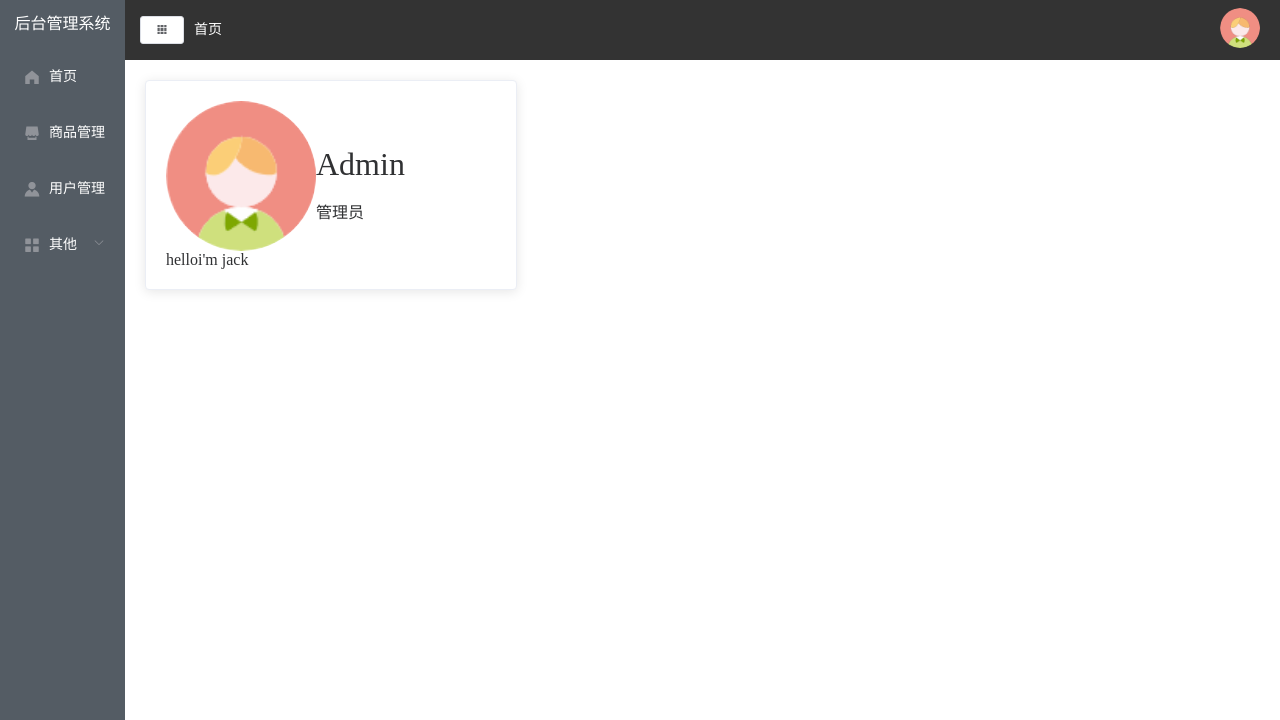
Repository: tkqi/manage
Page: /
An editor plug-in stored every save of this project. The page is shown before and after the next save, followed by the edit.
The browser window is 1280 px wide. The pictures show the whole page.
The project was rebuilt for these pictures with package versions that can differ from the ones it lists, and the page was loaded fresh each time. Also part of the build but not shown: vue.config.js.

Above is the page before, as saved 2023-12-03 15:42:49.

After the next save:
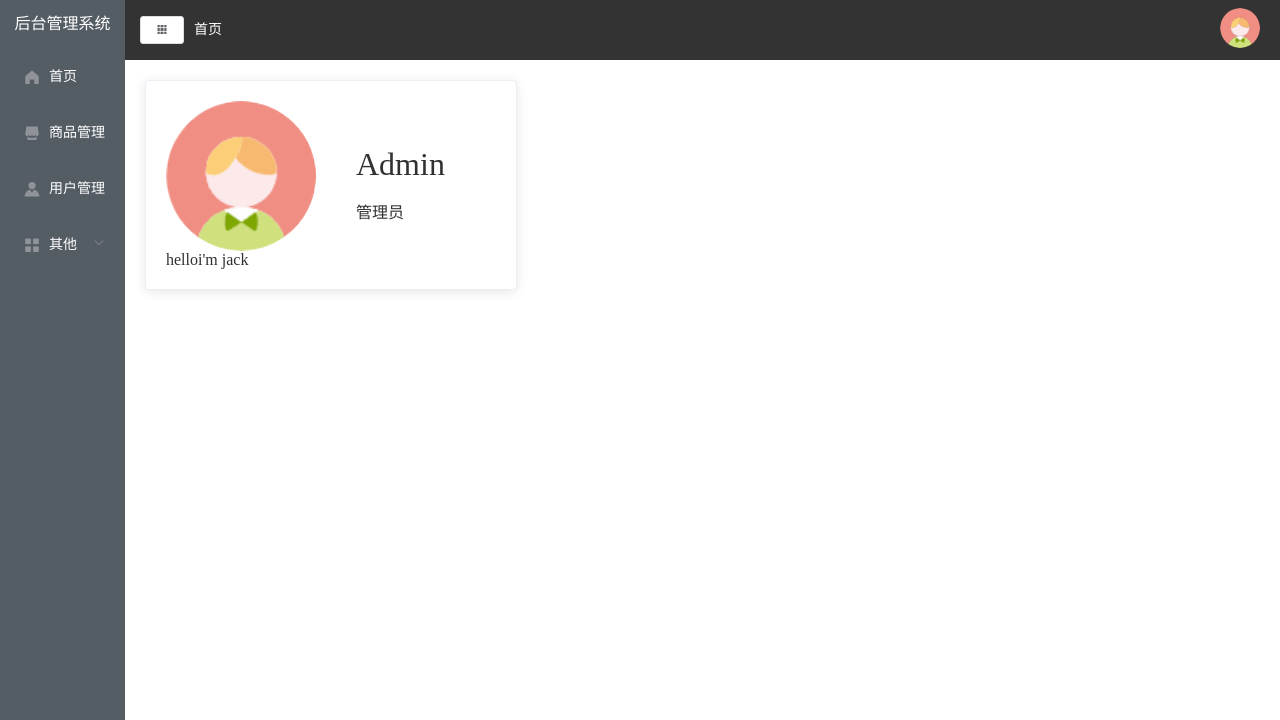
Saved 45 s later.
--- a/src/views/Home.vue
+++ b/src/views/Home.vue
@@ -49,6 +49,7 @@ export default {
         height: 150px;
         width:150px;
         border-radius: 50%;
+        margin-right: 40px;
     }
 }
 </style>
